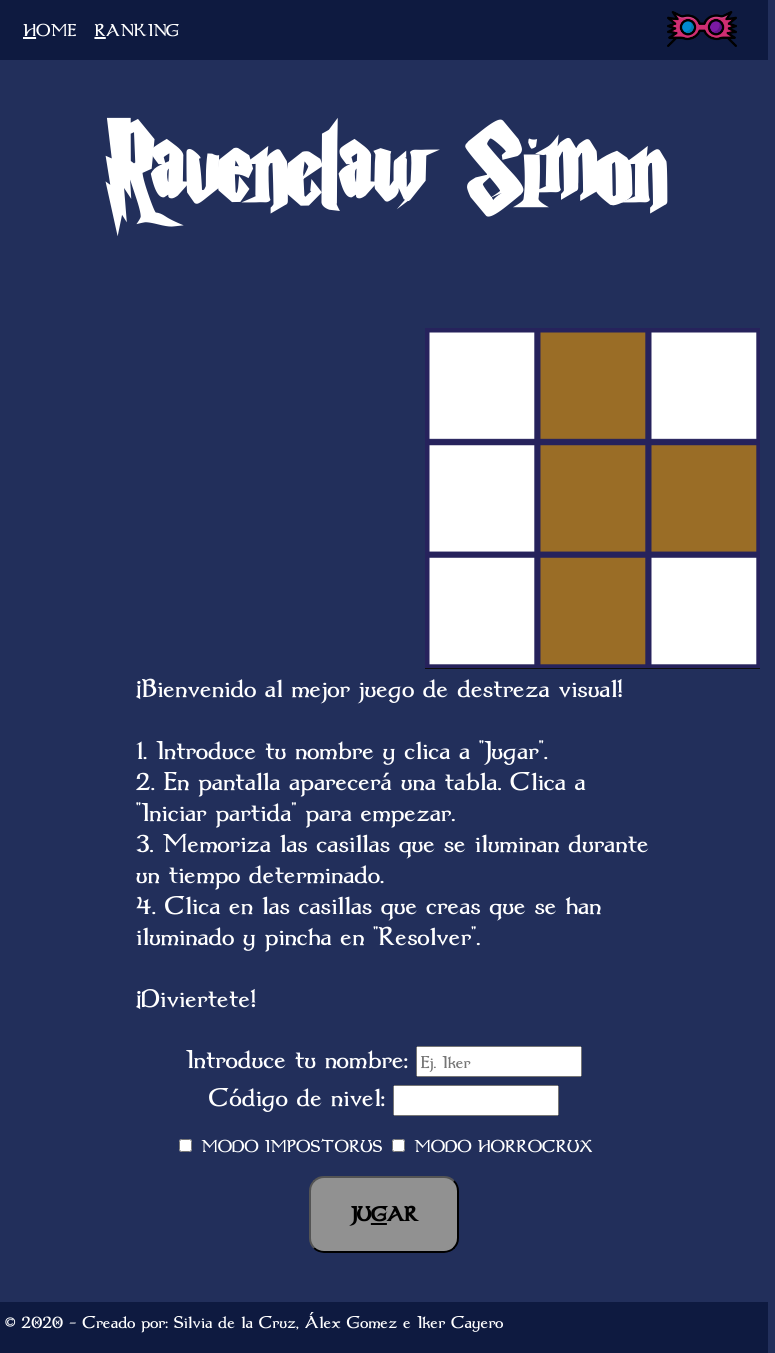
Repository: alexgomezdev/RavenclawSimon
Page: http://localhost/
An editor plug-in stored every save of this project. The page is shown before and after the next save, followed by the edit.
The browser window is 768 px wide. The page is 775 px wide, so the pictures cover 775 px, including what lies to the right of the window. The pictures show the whole page.
Some web libraries are served in a nearby version. The page is run by PHP 8.4 with error messages shown; the project is at /var/www/html/.

Above is the page before, as saved 2020-11-10 20:10:55.

After the next save:
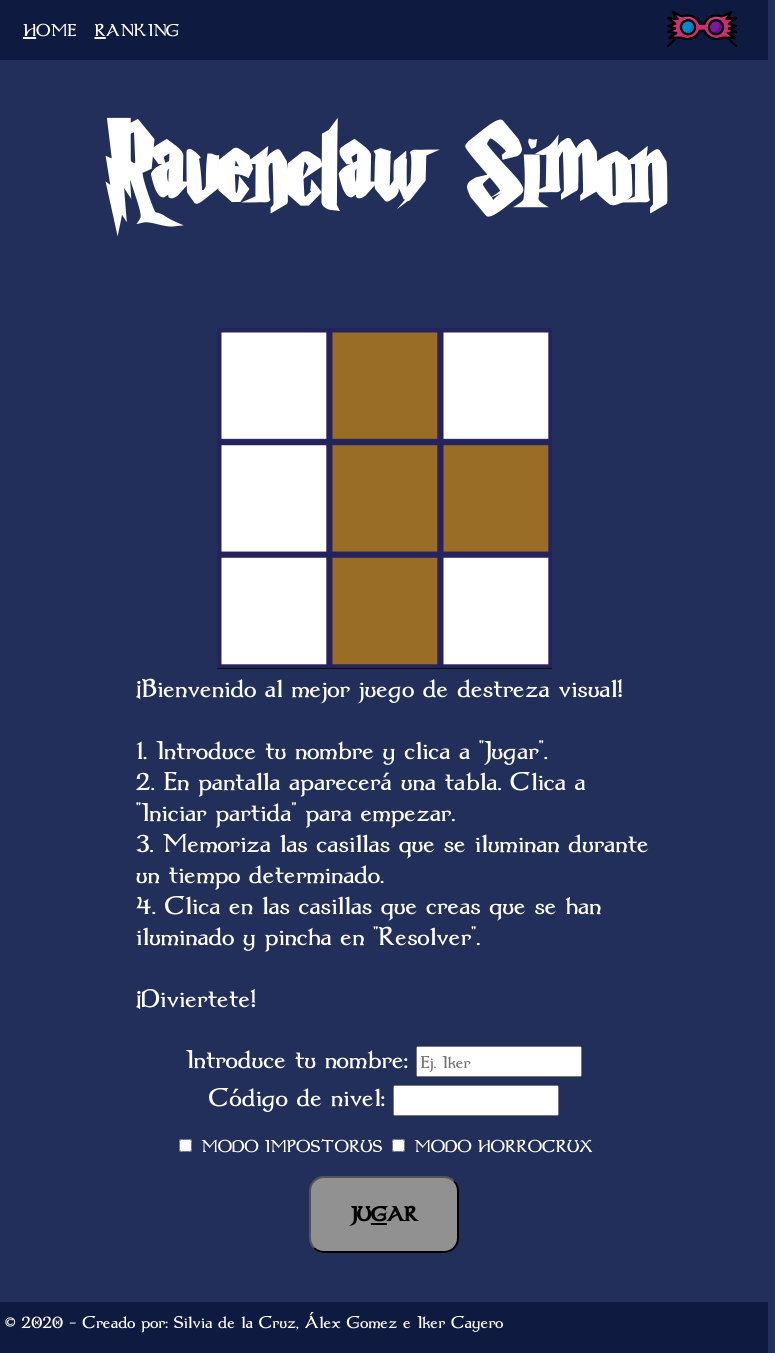
Saved 32 s later.
--- a/templates/index.css
+++ b/templates/index.css
@@ -124,11 +124,9 @@
 }
 
 @media (max-width: 800px) {
-  img {
-    margin: 0 auto;
-  }
   #img_home_div {
     width: 100%;
+    text-align: center;
   }
   #manual {
     width: 100%;
